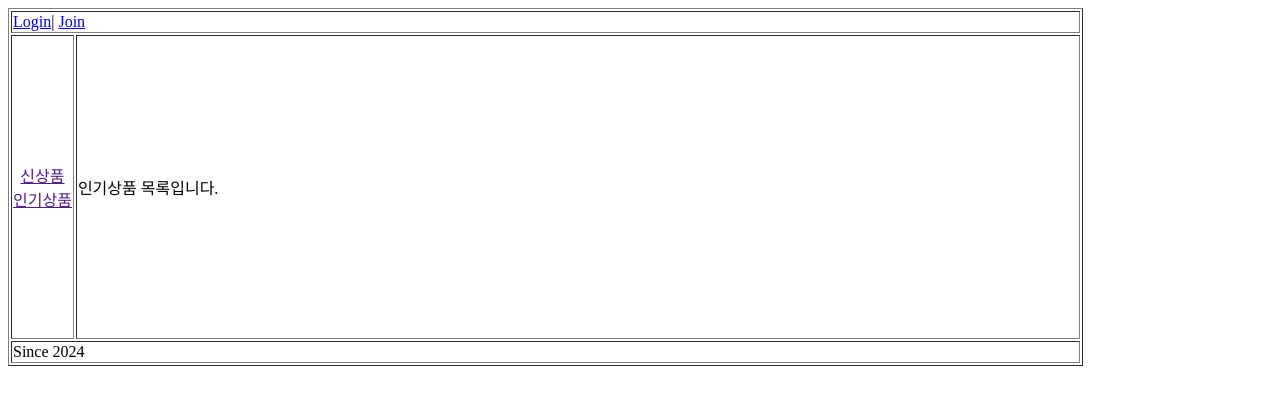
Repository: BancaKim/teamproject4
Page: http://localhost/JspDay3/Template/template.jsp
These files come from the project's save history. The page is drawn as it stood at one moment and after the next save; the edit follows.
The browser window is 1280 px wide. The pictures show the whole page.
The page is served by Tomcat 9.

Above is the page before, as saved 2024-05-02 03:30:52.

After the next save:
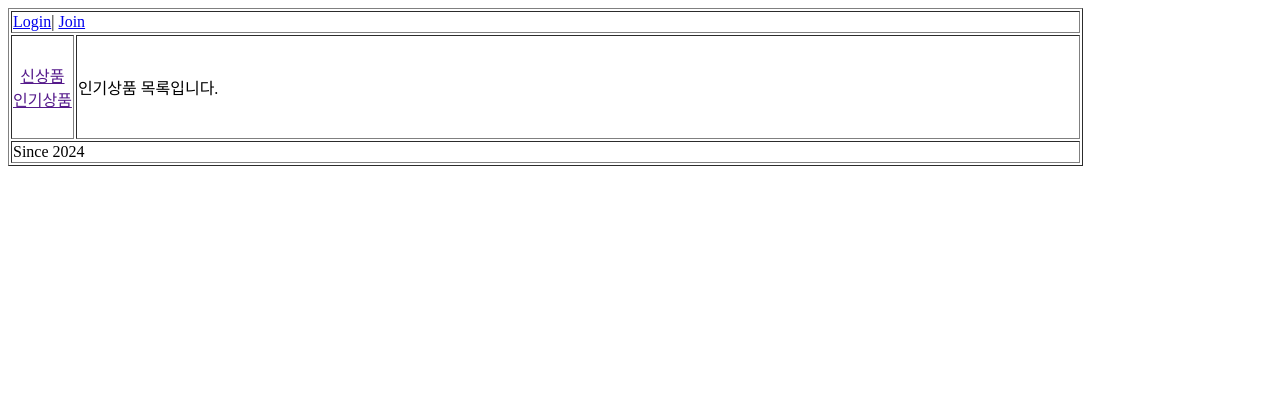
Saved 5 s later.
--- a/JspDay3/src/main/webapp/Template/template.jsp
+++ b/JspDay3/src/main/webapp/Template/template.jsp
@@ -14,7 +14,7 @@
 </td></tr>
 <tr>
 <td><%@ include file="left.jsp" %></td>
-<td width="1000px" height="300px">
+<td width="1000px" height="100px">
 인기상품 목록입니다.
 </td>
 </tr>
